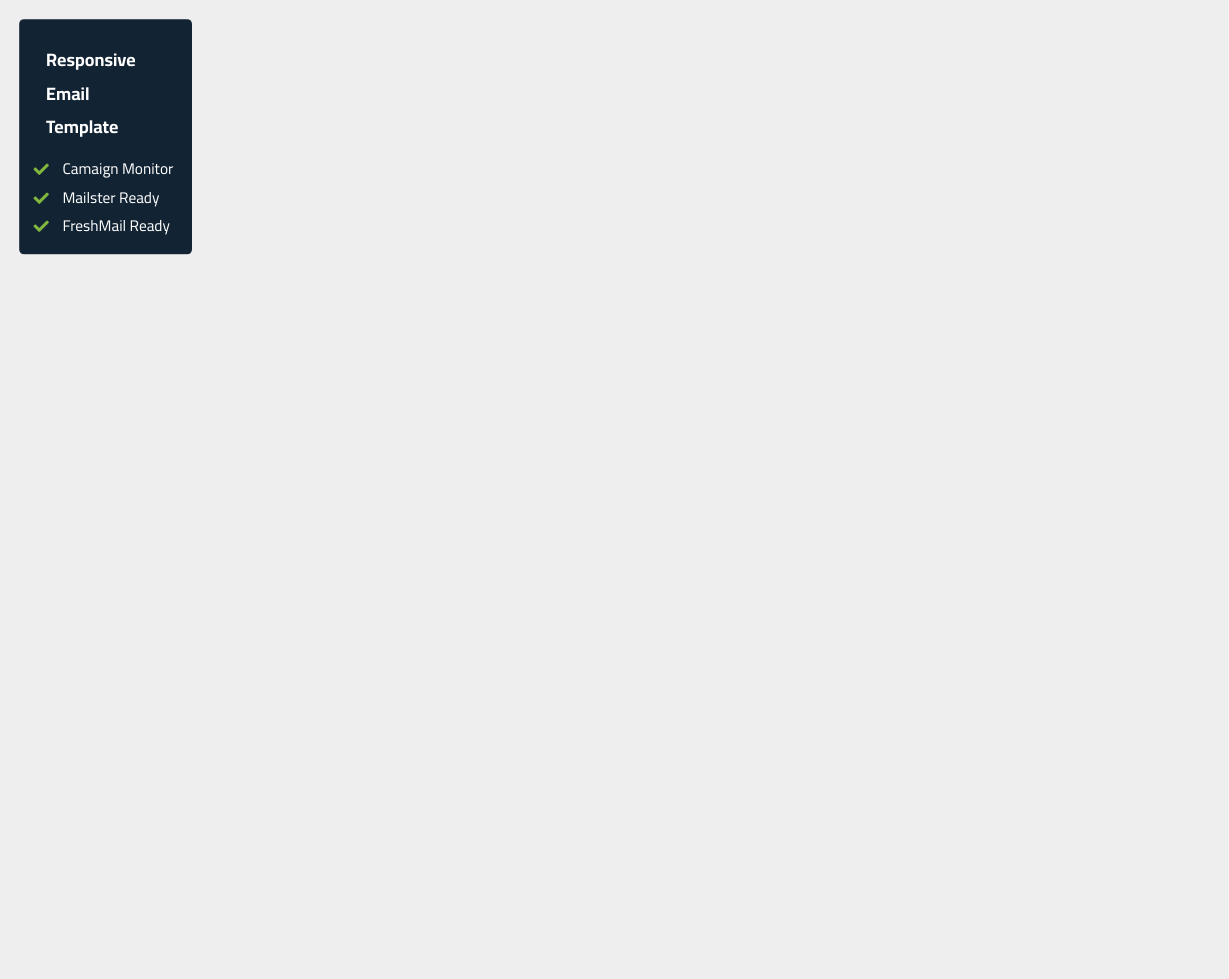
Repository: Z-ayat/Challenges
Page: Challenge 3/index.html
An editor plug-in stored every save of this project. The page is shown before and after the next save, followed by the edit.
The browser window is 1280 px wide. The pictures show the whole page, at 96% of full size.

Above is the page before, as saved 2021-09-03 23:32:52.

After the next save:
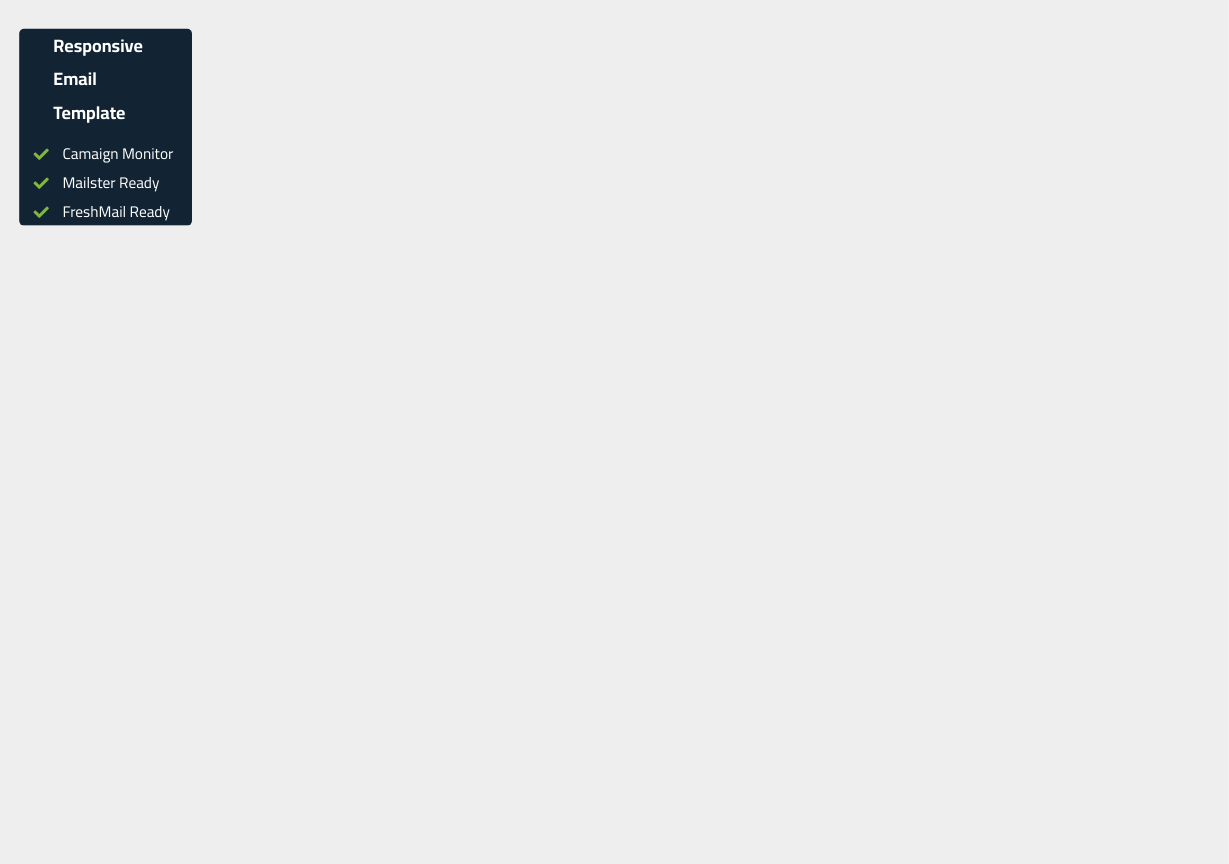
Saved 13 s later.
--- a/Challenge 3/styling/css/master.css
+++ b/Challenge 3/styling/css/master.css
@@ -36,7 +36,7 @@ h3 {
 }
 
 .pop {
-    padding: 15px;
+    padding-left: 15px;
     border-radius: 5px;
     width: 180px;
     background-color: var(--maincolor);
